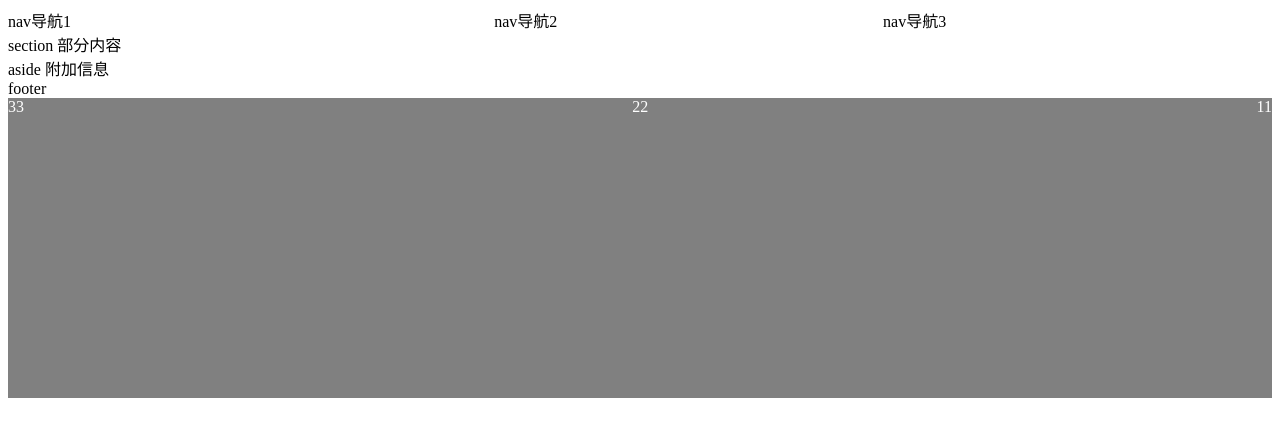
Repository: huangjianeng/front-end-study
Page: vue原理/html/flex.html
These files come from the project's save history. The page is drawn as it stood at one moment and after the next save; the edit follows.
The browser window is 1280 px wide. The pictures show the whole page.

Above is the page before, as saved 2020-07-31 11:47:21.

### vue原理/html/flex.html
<header>
    <nav>nav导航1</nav>
    <nav>nav导航2</nav>
    <nav>nav导航3</nav>
</header>
<section>section  部分内容</section>
<aside>aside 附加信息</aside>
<footer>footer</footer>
<div class="flex-wrap">
    <div>11</div>
    <div>22</div>
    <div>33</div>
</div>

<style>
    header{
        display: flex;
    }
    nav{
        flex-grow: 0;    /* 默认为0  不放大    */
        flex-shrink: 1;   /* 默认为1  空间不足等比缩小 */
        width: 480px;
    }
    nav:nth-child(1){
        flex-basis: 600px;
    }
    .flex-wrap{
        width: 100%;
        height: 300px;
        background-color: grey;
        display: flex;
        justify-content: space-between;
        flex-direction: row-reverse;
    }
    .flex-wrap>div{
        color: white;
    }
</style>

After the next save:
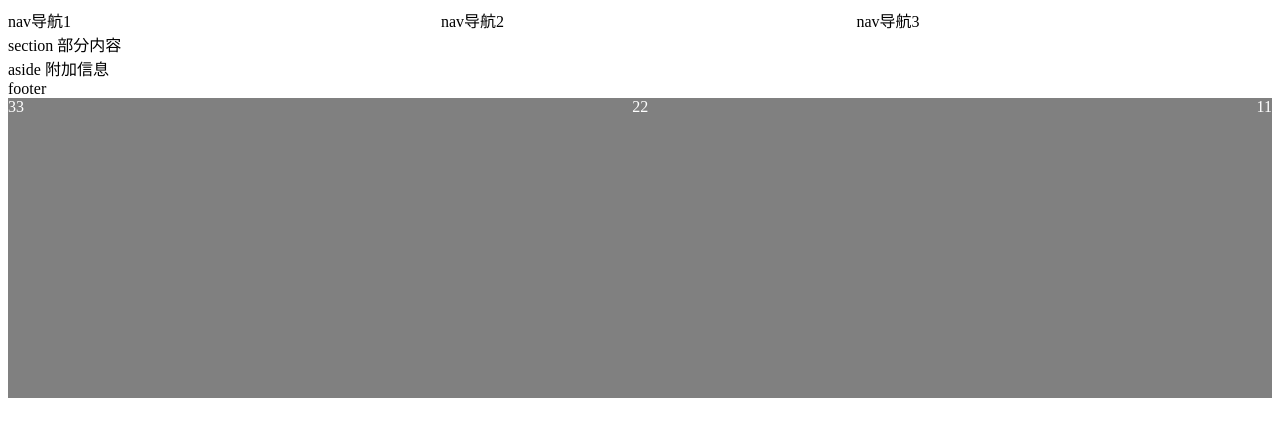
Saved 39 s later.
--- a/vue原理/html/flex.html
+++ b/vue原理/html/flex.html
@@ -22,7 +22,7 @@
         width: 480px;
     }
     nav:nth-child(1){
-        flex-basis: 600px;
+        flex-basis: 500px;
     }
     .flex-wrap{
         width: 100%;
